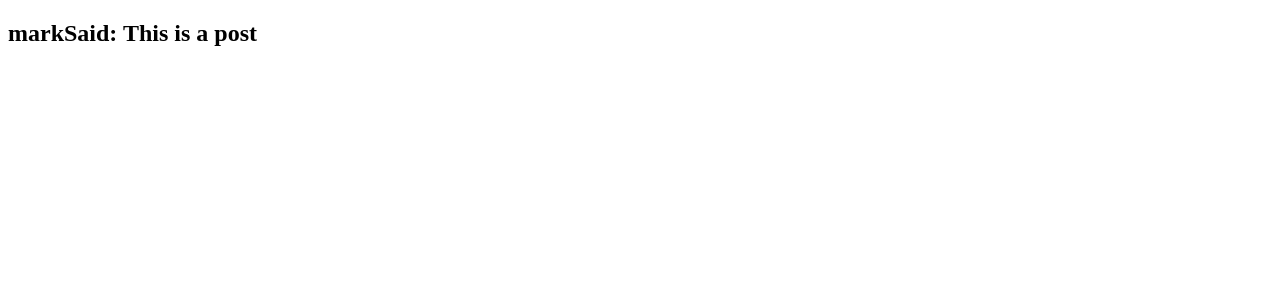
Repository: roslanPaul/social-app
Page: /
The author's editor kept a copy of each file at every save. The page is drawn from the files as they stood at one save, then again after the next save.
The browser window is 1280 px wide. The pictures show the whole page.
The project was rebuilt for these pictures with package versions that can differ from the ones it lists, and the page was loaded fresh each time.

Above is the page before, as saved 2019-03-14 12:02:27.

### src/index.js
import React, { Component } from 'react';
import { render } from "react-dom";
import PropTypes from "prop-types";

const node = document.getElementById('root');
class Post extends Component {
    render() {
        // create DOM element
        return React.createElement (
            'div',
            {
                className: 'post'
            },
            React.createElement(
                'h2',
                {
                    className: 'postAuthor',
                    id: this.props.id
                },
                this.props.user,
                React.createElement(
                    'span',
                    {
                        className: 'postBody'
                    },
                    this.props.content
                )
            )
        );
    }
}
// establish constraint
Post.propTypes = {
    user: PropTypes.string.isRequired,
    content: PropTypes.string.isRequired,
    id: PropTypes.number.isRequired
};

// add the post
const App = React.createElement(Post, {
    id: 1,
    content: 'Said: This is a post',
    user: 'mark'
});

render(App, node);

Loaded but not shown: public/index.html (common file)

After the next save:
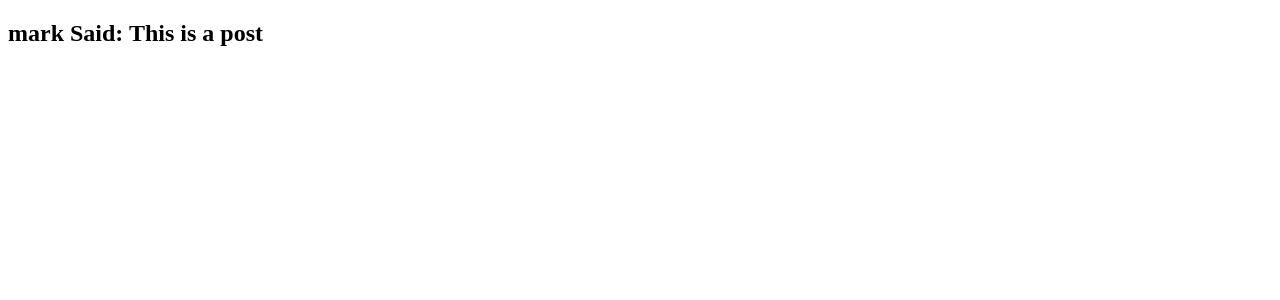
Saved 13 s later.
--- a/src/index.js
+++ b/src/index.js
@@ -39,7 +39,7 @@ Post.propTypes = {
 // add the post
 const App = React.createElement(Post, {
     id: 1,
-    content: 'Said: This is a post',
+    content: ' Said: This is a post',
     user: 'mark'
 });
 
